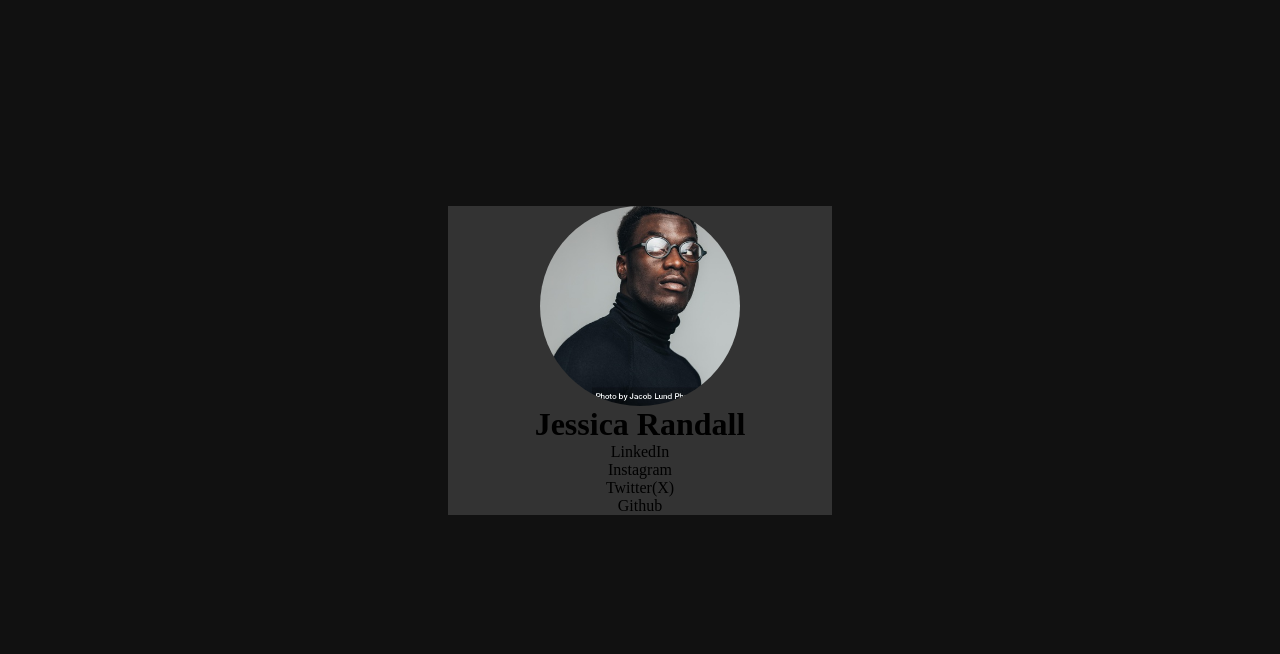
Repository: russel-success/Xcode-TASK-1
Page: index.html
An editor plug-in stored every save of this project. The page is shown before and after the next save, followed by the edit.
The browser window is 1280 px wide. The pictures show the whole page.

Above is the page before, as saved 2024-04-29 01:08:06.

### index.html
<!DOCTYPE html>
<html lang="en">
<head>
    <meta charset="UTF-8">
    <meta name="viewport" content="width=device-width, initial-scale=1.0">
    <title>Profile Card</title>
    <link rel="stylesheet" href="styles/styles.css">
</head>
<body>
    <div class="container">
        <div class="profile-container flex">
           <img src="assets/np_Man staring away on gray background_0VPZY4_free.jpg" alt="" class="profile-image">
            <h1>Jessica Randall</h1>
            <div class="socials">
                <text>LinkedIn</text>
            </div>
            <div class="socials">
                <text>Instagram</text>
            </div>
            <div class="socials">
                <text>Twitter(X)</text>
            </div>
            <div class="socials">
                <text>Github</text>
            </div>
        </div>
    </div>
</body>
</html>

### styles/styles.css
*{
    padding:0;
    margin:0;
}
.container{
    width:100%;
    height:100vh;
    background-color:#111;
    display:flex;
    align-items:center;
    justify-content: center;
}
.profile-container{
    background-color:#333;
    width:30%;
    background-size: contain;
    box-sizing:border-box;
    display:flex;
    flex-direction: column;
    align-items:center;
    justify-content: center;
    padding:
}

.profile-image{
    object-fit:cover;
    width:200px;
    height:200px;
    border-radius:50%;
}

After the next save:
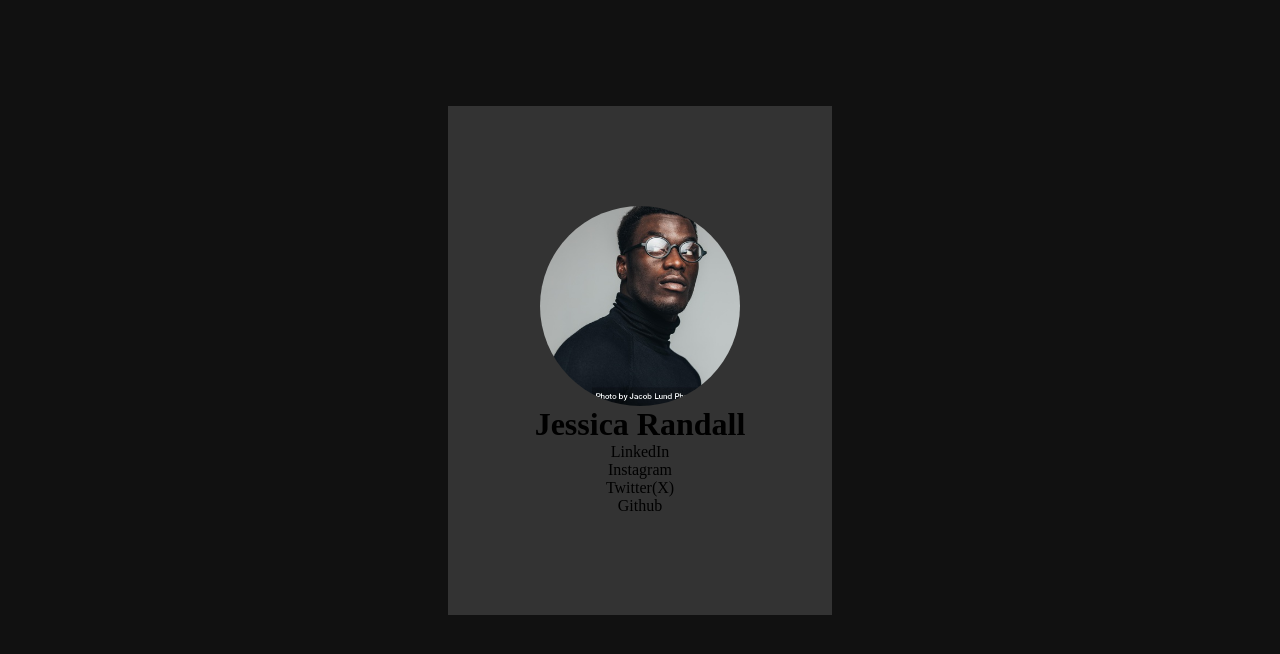
Saved 8 s later.
--- a/styles/styles.css
+++ b/styles/styles.css
@@ -19,7 +19,7 @@
     flex-direction: column;
     align-items:center;
     justify-content: center;
-    padding:
+    padding: 100px 50px;
 }
 
 .profile-image{
